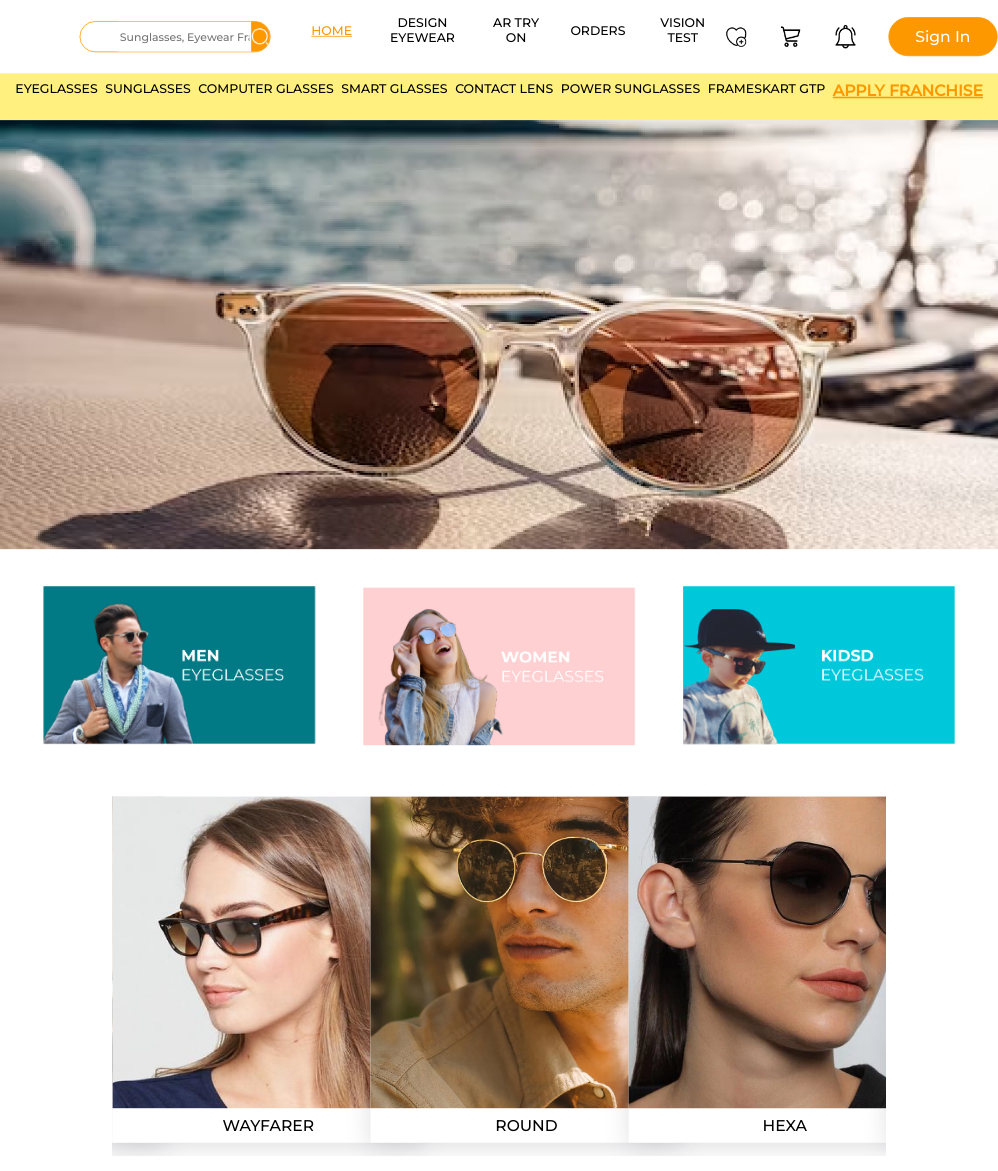
Repository: FlyweisReact/Frameskart
Page: /
The author's editor kept a copy of each file at every save. The page is drawn from the files as they stood at one save, then again after a run of saves.
The browser window is 1280 px wide. The pictures show the whole page, at 78% of full size.
The project was rebuilt for these pictures with package versions that can differ from the ones it lists, and the page was loaded fresh each time.

Above is the page before, as saved 2023-10-21 15:21:35.

After the next 3 saves:
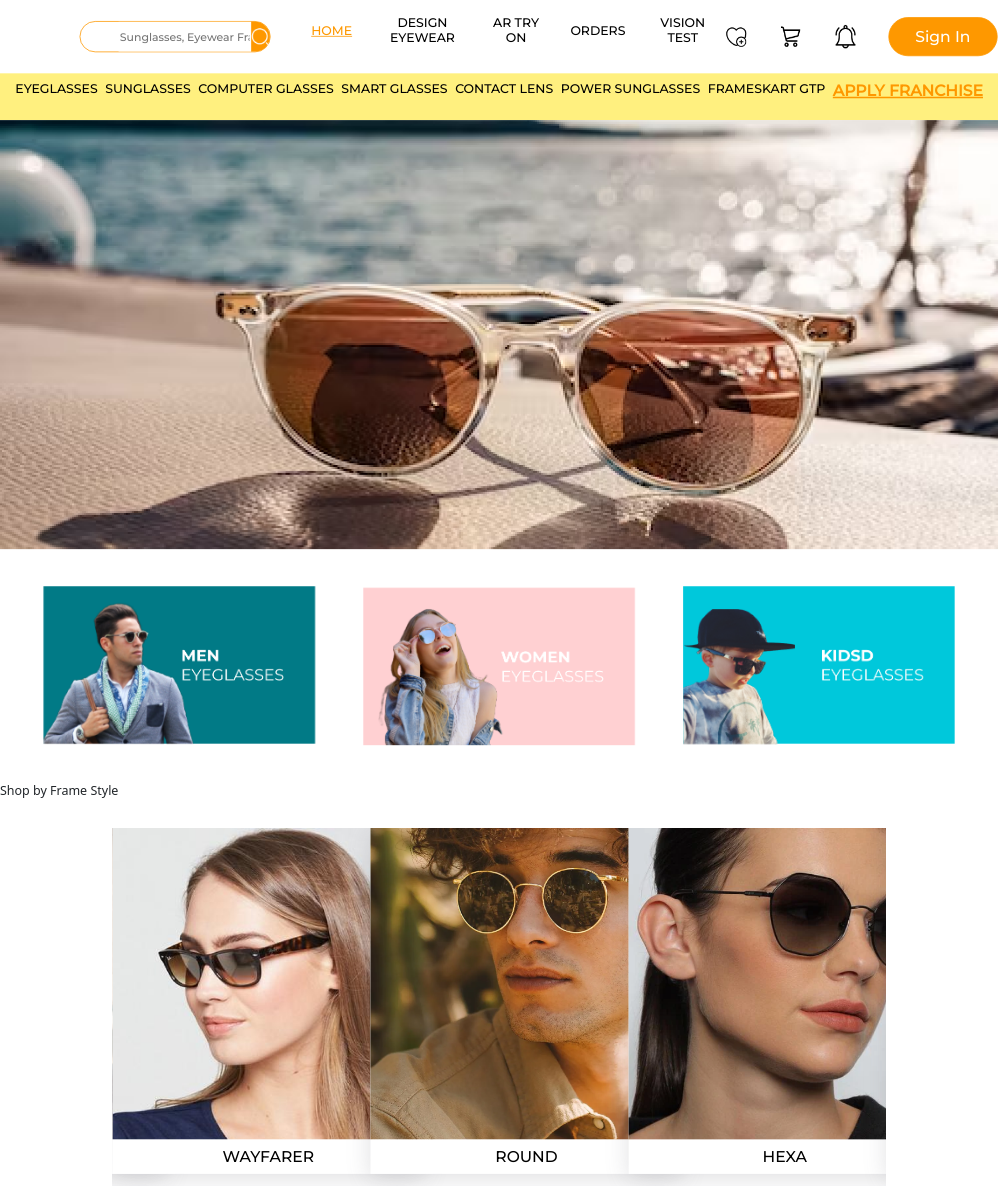
The 3 saves are shown as one change because they came seconds apart.
The last was saved 25 s later.
--- a/src/Screen/Home.js
+++ b/src/Screen/Home.js
@@ -25,6 +25,11 @@
         </div>
       </div>
 
+      <div className="bold-heading">
+      <p>Shop by Frame Style</p>
+
+      </div>
+
       <div  className="carousel-container" >
         <ShopSlider />
       </div>
